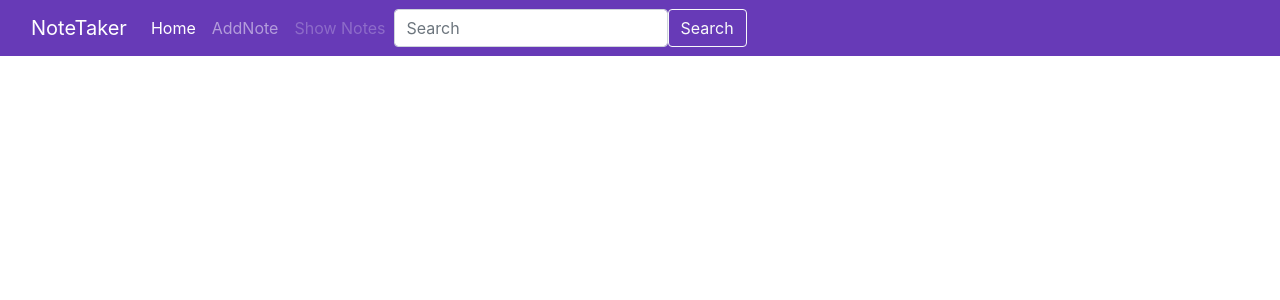
Repository: Mayank-SDE/Projects
Page: http://localhost/NoteTakerTodoApp/add_notes.jsp
An editor plug-in stored every save of this project. The page is shown before and after the next save, followed by the edit.
The browser window is 1280 px wide. The pictures show the whole page.
Some web libraries are served in a nearby version. The page is served by Tomcat 9. Other server files are loaded and not shown.

Above is the page before, as saved 2022-02-10 15:39:04.

### NoteTaker/NoteTakerTodoApp/src/main/webapp/add_notes.jsp
<%@ page language="java" contentType="text/html; charset=UTF-8"
    pageEncoding="UTF-8"%>
<!DOCTYPE html>
<html>
<head>
  <!-- Required meta tags -->
    <meta charset="utf-8">
    <meta name="viewport" content="width=device-width, initial-scale=1, shrink-to-fit=no">

   <title>Add Notes</title>
 <%@ include file="all_js_css.jsp"%>

</head>
<body>


   <div class="container-fluid p-0 m-0">

   <%@ include file="navbar.jsp"%>

   </div>
</body>
</html>

### NoteTaker/NoteTakerTodoApp/src/main/webapp/all_js_css.jsp
  <!-- Required meta tags -->
    <meta charset="utf-8">
    <meta name="viewport" content="width=device-width, initial-scale=1, shrink-to-fit=no">

    <!-- Bootstrap CSS -->
    <link rel="stylesheet" href="https://maxcdn.bootstrapcdn.com/bootstrap/4.0.0/css/bootstrap.min.css" integrity="sha384-Gn5384xqQ1aoWXA+058RXPxPg6fy4IWvTNh0E263XmFcJlSAwiGgFAW/dAiS6JXm" crossorigin="anonymous">

<link href="css/style.css" rel="stylesheet">
        <!-- Optional JavaScript -->
    <!-- jQuery first, then Popper.js, then Bootstrap JS -->
    <script src="https://code.jquery.com/jquery-3.2.1.slim.min.js" integrity="sha384-KJ3o2DKtIkvYIK3UENzmM7KCkRr/rE9/Qpg6aAZGJwFDMVNA/GpGFF93hXpG5KkN" crossorigin="anonymous"></script>
    <script src="https://cdnjs.cloudflare.com/ajax/libs/popper.js/1.12.9/umd/popper.min.js" integrity="sha384-ApNbgh9B+Y1QKtv3Rn7W3mgPxhU9K/ScQsAP7hUibX39j7fakFPskvXusvfa0b4Q" crossorigin="anonymous"></script>
    <script src="https://maxcdn.bootstrapcdn.com/bootstrap/4.0.0/js/bootstrap.min.js" integrity="sha384-JZR6Spejh4U02d8jOt6vLEHfe/JQGiRRSQQxSfFWpi1MquVdAyjUar5+76PVCmYl" crossorigin="anonymous"></script>

### NoteTaker/NoteTakerTodoApp/src/main/webapp/navbar.jsp
<nav class="navbar navbar-expand-lg navbar-dark  purple">
  <div class="container-fluid">
    <a class="navbar-brand" href="index.jsp">NoteTaker</a>
    <button class="navbar-toggler" type="button" data-bs-toggle="collapse" data-bs-target="#navbarSupportedContent" aria-controls="navbarSupportedContent" aria-expanded="false" aria-label="Toggle navigation">
      <span class="navbar-toggler-icon"></span>
    </button>
    <div class="collapse navbar-collapse" id="navbarSupportedContent">
      <ul class="navbar-nav me-auto mb-2 mb-lg-0">
        <li class="nav-item">
          <a class="nav-link active" aria-current="page" href="index.jsp">Home</a>
        </li>
        <li class="nav-item">
          <a class="nav-link" href="add_notes.jsp">AddNote</a>
        </li>

        <li class="nav-item">
          <a class="nav-link disabled" href="#" tabindex="-1" aria-disabled="true">Show Notes</a>
        </li>
      </ul>
      <form class="d-flex">
        <input class="form-control me-2" type="search" placeholder="Search" aria-label="Search">
        <button class="btn btn-outline-light" type="submit">Search</button>
      </form>
    </div>
  </div>
</nav>

### NoteTaker/NoteTakerTodoApp/src/main/webapp/css/style.css

.purple
{
	background:#673ab7;
}

After the next save:
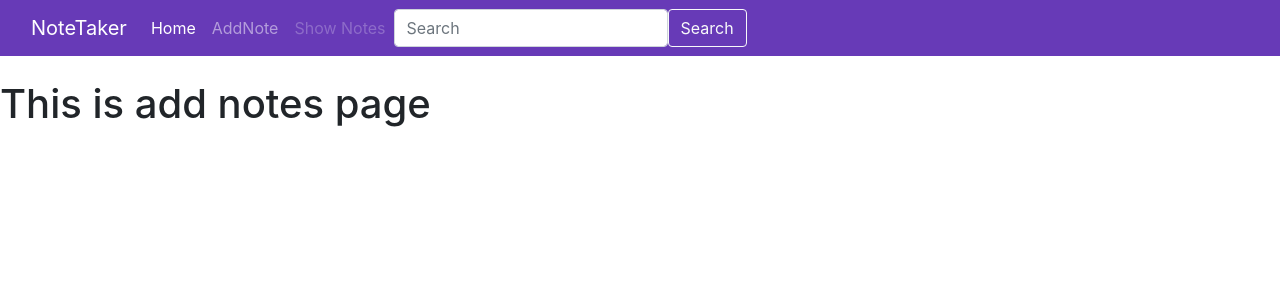
Saved 32 s later.
--- a/NoteTaker/NoteTakerTodoApp/src/main/webapp/add_notes.jsp
+++ b/NoteTaker/NoteTakerTodoApp/src/main/webapp/add_notes.jsp
@@ -18,6 +18,8 @@
 
    <%@ include file="navbar.jsp"%>
 
+     <br>
+     <h1>This is add notes page</h1>
    </div>
 </body>
 </html>
